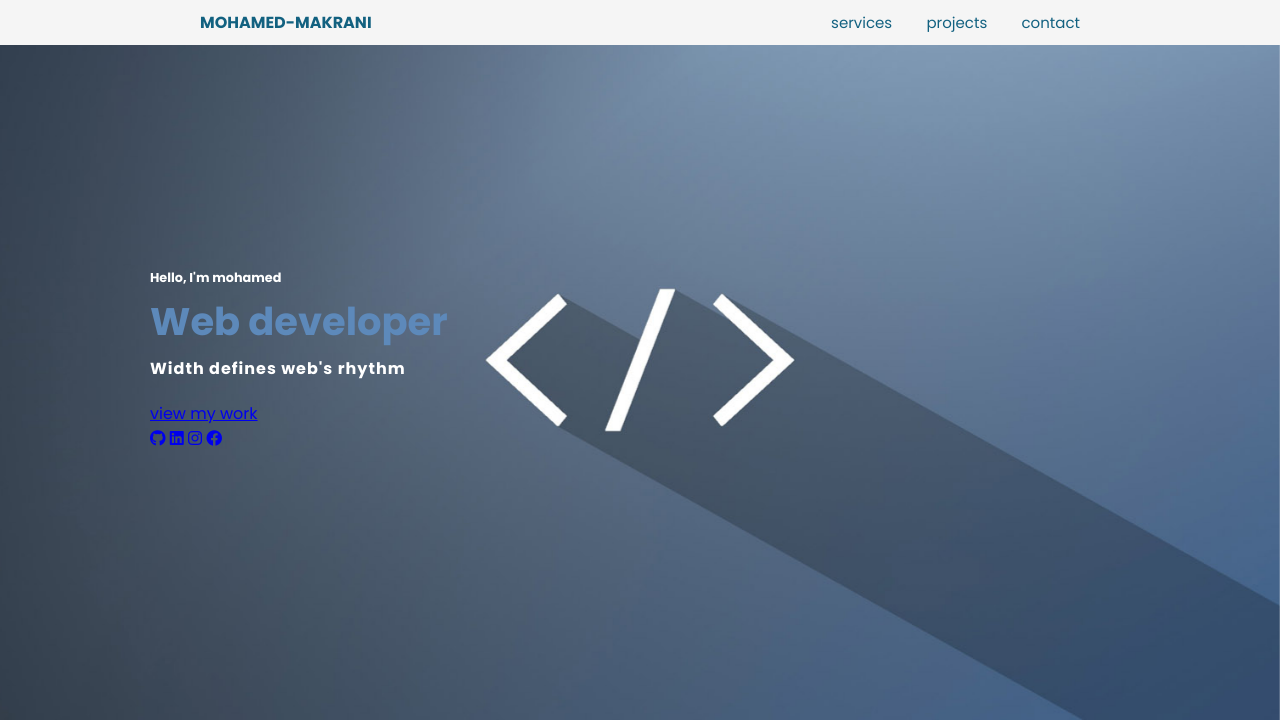
Repository: mohamed-makrani/Portfolio
Page: indixe.html
These files come from the project's save history. The page is drawn as it stood at one moment and after the next save; the edit follows.
The browser window is 1280 px wide. The pictures show the whole page.

Above is the page before, as saved 2023-09-16 14:47:24.

After the next save:
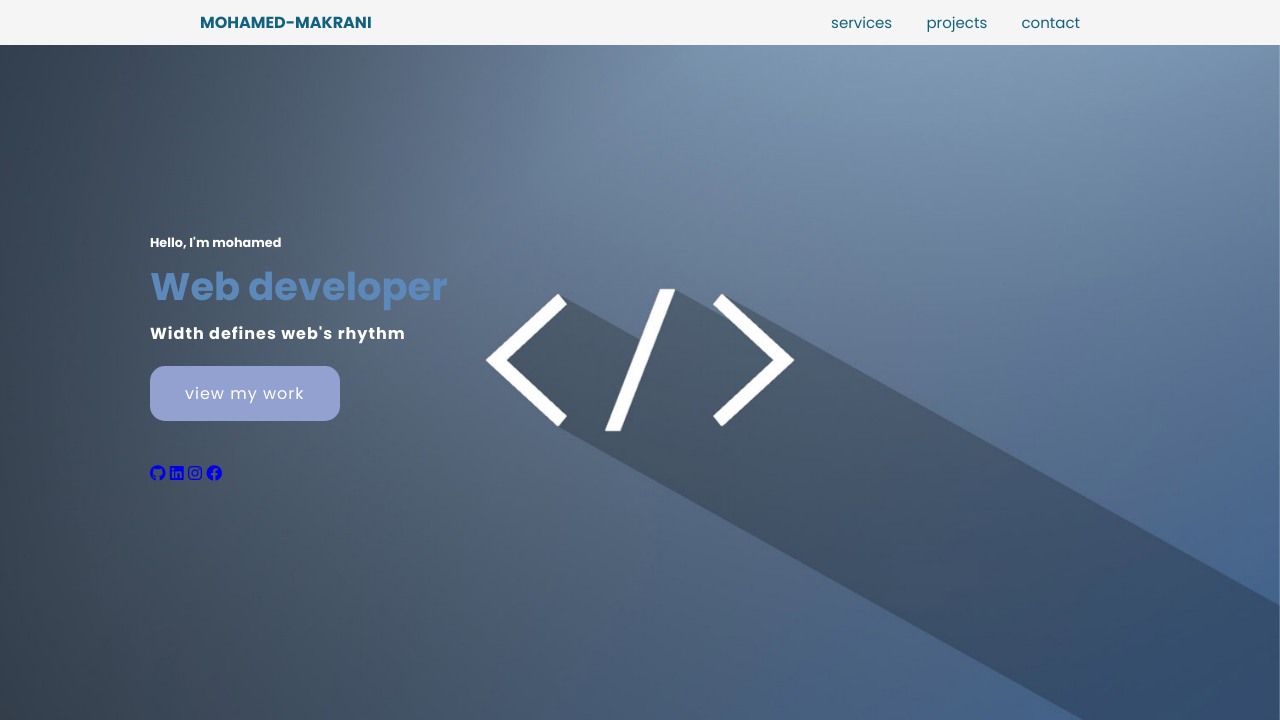
Saved 11 min 59 s later.
--- a/style.css
+++ b/style.css
@@ -84,5 +84,15 @@ color: rgb(83, 15, 146);
  }
 .main-button {
 
+color : white;
+text-decoration: none;
+background-color: #92a1cf;
+letter-spacing : 1px;
+font-size: 1em;
+font-weight: 600px;
+display: inline-block;
+padding: 0.935em 2.187em;
+border-radius: 15px;
+margin-bottom: 40px;
 
 }
